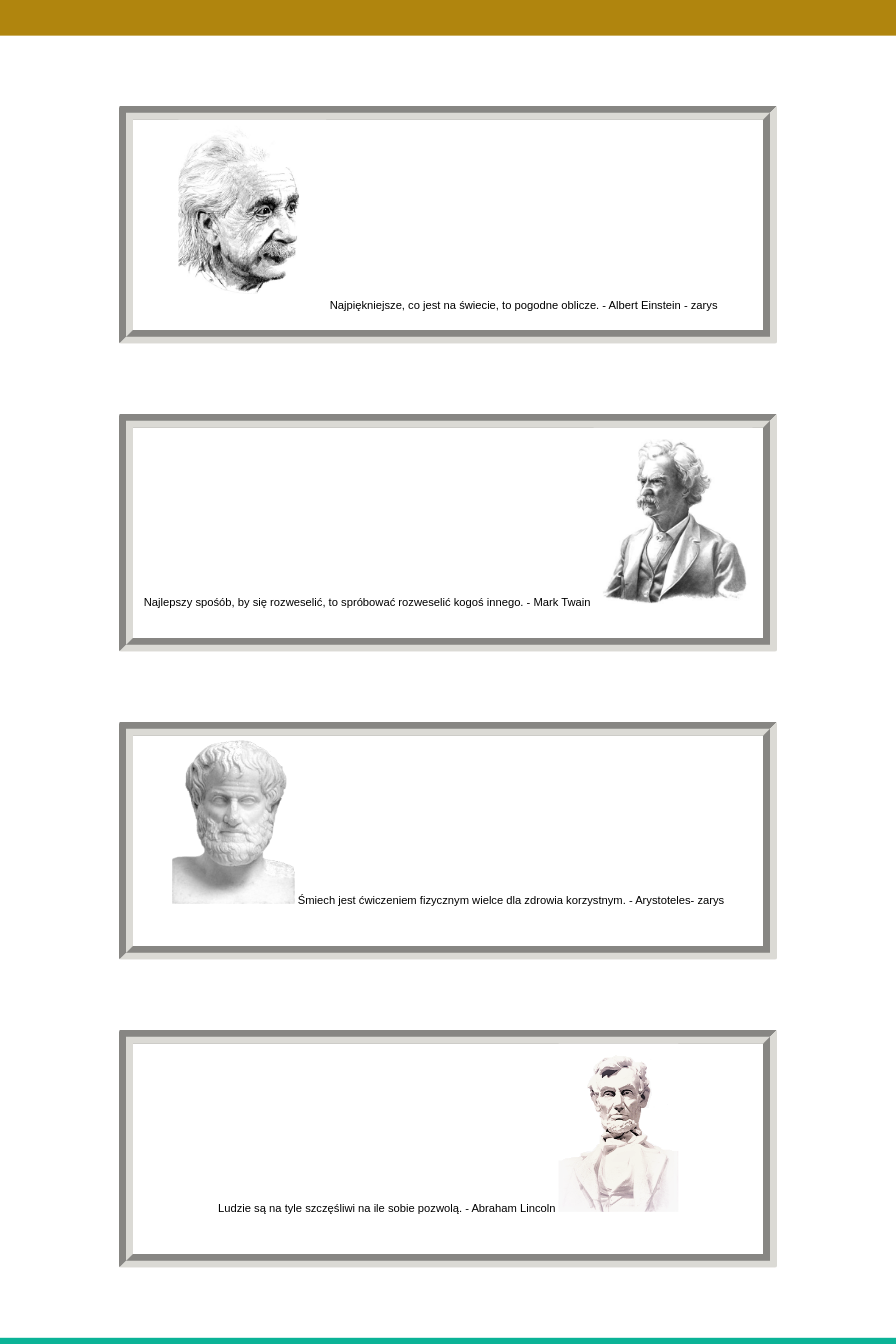
Repository: addstaw/moja-strona
Page: index.html
The author's editor kept a copy of each file at every save. The page is drawn from the files as they stood at one save, then again after the next save.
The browser window is 1280 px wide. The pictures show the part of the page from y = 1183 to 3103 px (the page is 3594 px tall), at 70% of full size.
Some web fonts or font styles are not loaded; a fallback is used.

Above is the page before, as saved 2020-05-19 09:57:27.

After the next save:
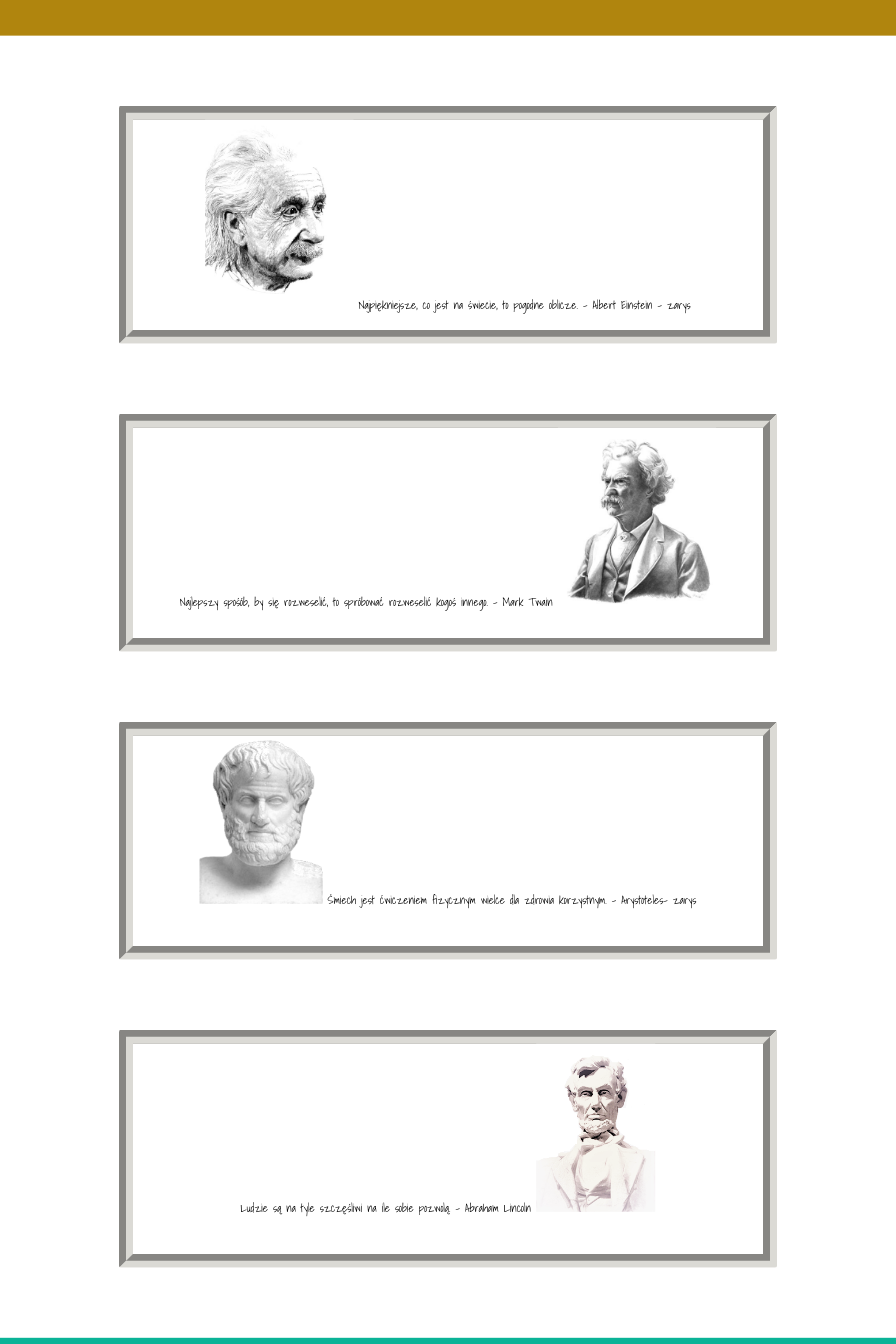
Saved 5 min 25 s later.
--- a/index.html
+++ b/index.html
@@ -9,7 +9,7 @@
         <meta http-equiv="X-UA-Compatible" content="IE=edge, chrome=1"/>
         <link rel="stylesheet" href="css/style7.css" type="text/css"/>
         <link href="https://fonts.googleapis.com/css2?family=Ceviche+One&display=swap" rel="stylesheet">
-
+        <link href="https://fonts.googleapis.com/css2?family=Shadows+Into+Light&display=swap" rel="stylesheet">
     </head>
     <body>
         <div id="maincontainer">
--- a/css/style7.css
+++ b/css/style7.css
@@ -80,6 +80,7 @@
         display: inline-block;
         border: 20px groove #dbdad5;
         border-radius: 3px;
+        font-family: 'Shadows Into Light', cursive;
     }
 #footer{
     height: 500px;
